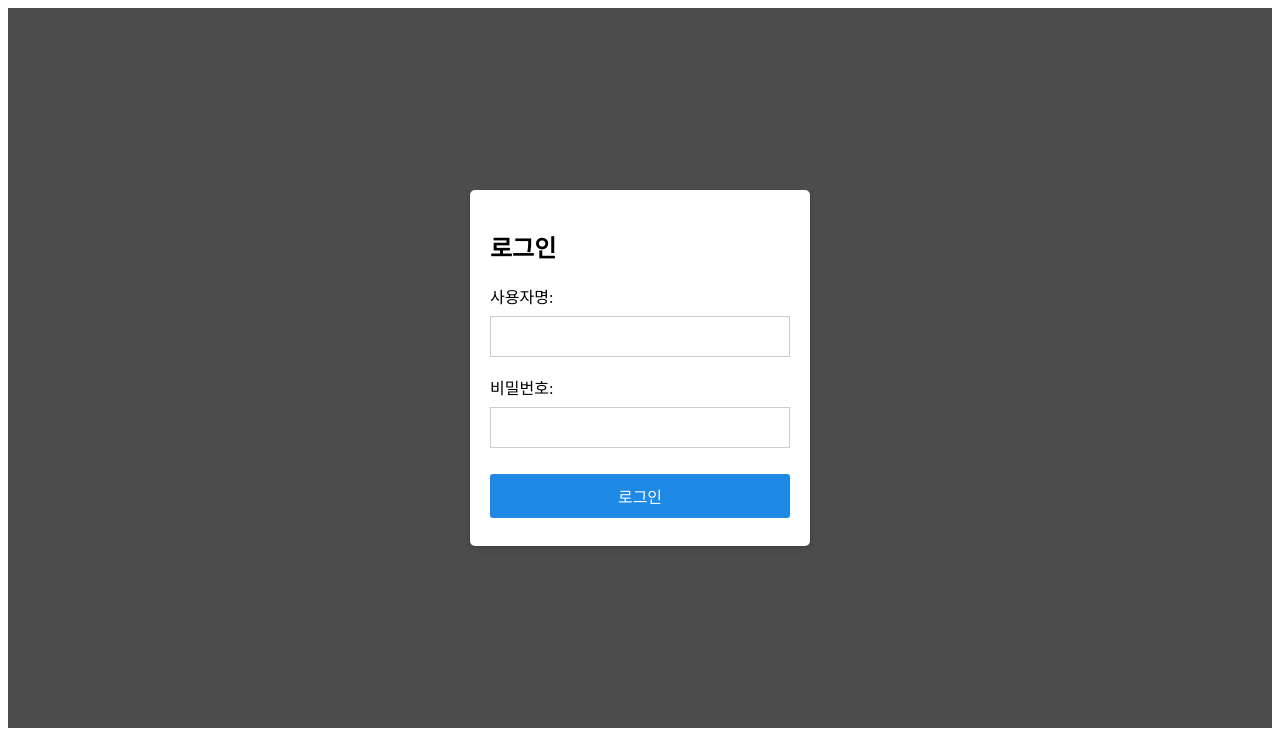
Repository: NewTurn2017/MyChome
Page: index.html
The author's editor kept a copy of each file at every save. The page is drawn from the files as they stood at one save, then again after the next save.
The browser window is 1280 px wide. The pictures show the whole page.
The page's requests for data from a server got no answer.

Above is the page before, as saved 2023-04-17 21:03:11.
Console error: TypeError: Cannot set properties of null (setting 'onclick')

### index.html
<!DOCTYPE html>
<html lang="ko-KR">
  <head>
    <meta charset="UTF-8" />
    <title>나만의 홈페이지</title>
    <link rel="stylesheet" href="style.css" />
  </head>

  <body>
    <div id="mainContent" style="display: none">
      <div id="content">
        <div id="clock"></div>
        <div id="quote"></div>
        <div id="weather"></div>

        <div id="todo">
          <form id="todoForm">
            <input
              type="text"
              id="todoInput"
              placeholder="할 일을 입력하세요"
            />
            <button type="submit" id="addBtn">추가</button>
          </form>
          <ul id="todoList"></ul>
          <button id="saveBtn">저장</button>
          <button id="loadBtn">불러오기</button>
        </div>
      </div>
    </div>
    <div id="loginContainer">
      <div id="loginFormContainer">
        <h2>로그인</h2>
        <form id="loginForm">
          <div class="inputContainer">
            <label for="username">사용자명:</label>
            <input type="text" id="username" />
          </div>
          <div class="inputContainer">
            <label for="password">비밀번호:</label>
            <input type="password" id="password" />
          </div>
          <button type="submit" id="loginBtn">로그인</button>
        </form>
      </div>
    </div>

    <script src="database.js"></script>
    <script src="main.js"></script>
    <script src="clock.js"></script>
    <script src="quote.js"></script>
    <script src="weather.js"></script>
    <script src="todo.js"></script>
  </body>
</html>

### style.css
.modal {
  display: none;
  position: fixed;
  z-index: 1;
  left: 0;
  top: 0;
  width: 100%;
  height: 100%;
  background-color: rgba(0, 0, 0, 0.6);
}

.modal-content {
  background-color: white;
  margin: 15% auto;
  padding: 20px;
  border: 1px solid #888;
  width: 50%;
  max-width: 350px;
  text-align: center;
}

.close {
  color: #aaa;
  float: right;
  font-size: 28px;
  font-weight: bold;
}

.close:hover,
.close:focus {
  color: black;
  text-decoration: none;
  cursor: pointer;
}

/* 기존 스타일들 */

/* 로그인 컨테이너 스타일 */
#loginContainer {
  display: flex;
  justify-content: center;
  align-items: center;
  height: 100vh;
  background-color: rgba(0, 0, 0, 0.7);
}

#loginFormContainer {
  background-color: #fff;
  width: 300px;
  padding: 20px;
  border-radius: 5px;
  box-shadow: 0 4px 6px rgba(0, 0, 0, 0.1), 0 1px 3px rgba(0, 0, 0, 0.08);
}

h2 {
  margin-bottom: 20px;
}

.inputContainer {
  display: flex;
  flex-direction: column;
  margin-bottom: 10px;
}

input[type='text'],
input[type='password'] {
  width: 100%;
  padding: 12px 20px;
  margin: 8px 0;
  display: inline-block;
  border: 1px solid #ccc;
  box-sizing: border-box;
}

button[type='submit'] {
  background-color: #4caf50;
  color: white;
  padding: 14px 20px;
  margin: 8px 0;
  width: 100%;
  border: none;
  cursor: pointer;
}
button#loginBtn {
  width: 100%;
  padding: 10px;
  font-size: 16px;
  background-color: #1e88e5;
  color: #fff;
  border: none;
  border-radius: 3px;
  cursor: pointer;
}

#loginBtn:hover {
  opacity: 0.8;
}

### database.js
const users = [
  {
    username: 'admin',
    password: '1234',
  },
  {
    username: 'user',
    password: '5678',
  },
]

function validateUser(username, password) {
  const user = users.find(
    (user) => user.username === username && user.password === password
  )

  return user ? true : false
}

### main.js
// 로그인 폼 열기
const loginModal = document.getElementById('loginModal')
const loginBtn = document.getElementById('loginBtn')
const closeBtn = document.querySelector('.close')

loginBtn.onclick = function () {
  loginModal.style.display = 'block'
}

// 로그인 폼 닫기
closeBtn.onclick = function () {
  loginModal.style.display = 'none'
}

// 로그인 폼 전송
const loginForm = document.getElementById('loginForm')

loginForm.addEventListener('submit', function (event) {
  event.preventDefault() // 폼 기본 동작 중단

  // 입력된 아이디와 비밀번호 가져오기
  const username = loginForm.username.value
  const password = loginForm.password.value

  // 아이디와 비밀번호 검증
  if (validateUser(username, password)) {
    alert('로그인되었습니다.')
    loginModal.style.display = 'none'
    // 로그인 성공 시 mainContent div를 표시함
    document.getElementById('mainContent').style.display = 'block'
  } else {
    alert('아이디 또는 비밀번호가 올바르지 않습니다.')
  }
})

### clock.js
// 시계 출력 함수
function showClock() {
  const now = new Date() // 현재 시간을 가져옴
  const hour = now.getHours() // 시간을 가져옴
  const minute = now.getMinutes() // 분을 가져옴
  const second = now.getSeconds() // 초를 가져옴

  const clock = document.getElementById('clock')
  clock.textContent = `${hour < 10 ? '0' + hour : hour}:${
    minute < 10 ? '0' + minute : minute
  }:${second < 10 ? '0' + second : second}`

  // 1초마다 showClock 함수를 호출하여 시간을 업데이트 함
  setTimeout(showClock, 1000)
}

// showClock 함수를 최초로 호출하여 화면에 시계를 표시함
showClock()

### quote.js
// 명언 출력 함수
async function showQuote() {
  const response = await fetch('https://quotes.rest/qod') // 명언을 가져옴
  const data = await response.json()
  const quote = data.contents.quotes[0].quote
  const author = data.contents.quotes[0].author

  const quoteElem = document.getElementById('quote')
  quoteElem.innerHTML = `<p>${quote}</p><p>- ${author}</p>`

  // 30초마다 showQuote 함수를 호출하여 명언을 업데이트 함
  setTimeout(showQuote, 30000)
}

// showQuote 함수를 최초로 호출하여 화면에 명언을 표시함
showQuote()

### todo.js
// Todo List 출력 함수
function showTodoList() {
  const todoList = JSON.parse(localStorage.getItem('todoList')) || [] // 로컬 스토리지에서 Todo List를 가져옴

  const todoListElem = document.getElementById('todoList')
  todoListElem.innerHTML = ''

  todoList.forEach((todo, index) => {
    const li = document.createElement('li')
    li.innerHTML = `
        <input type="text" value="${todo}" data-index="${index}">
        <button class="deleteBtn" data-index="${index}">삭제</button>
      `
    todoListElem.appendChild(li)
  })

  // 삭제 버튼 클릭 이벤트 핸들러 등록
  const deleteBtns = document.querySelectorAll('.deleteBtn')
  deleteBtns.forEach((btn) => {
    btn.onclick = function () {
      const index = this.dataset.index
      todoList.splice(index, 1)
      showTodoList()
    }
  })
}

// Todo List 추가 함수
function addTodoList() {
  const todoInput = document.getElementById('todoInput')
  const todoList = JSON.parse(localStorage.getItem('todoList')) || [] // 로컬 스토리지에서 Todo List를 가져옴
  todoList.push(todoInput.value) // 새로운 할 일을 추가함
  localStorage.setItem('todoList', JSON.stringify(todoList)) // 로컬 스토리지에 Todo List를 저장함
  todoInput.value = '' // 입력 필드를 초기화함
  showTodoList()
}

// Todo List 수정 함수
function modifyTodoList(index, value) {
  const oldTodoList = JSON.parse(localStorage.getItem('todoList')) || [] // 로컬 스토리지에서 Todo List를 가져옴
  oldTodoList[index] = value // 할 일을 수정함
  localStorage.setItem('todoList', JSON.stringify(oldTodoList)) // 로컬 스토리지에 Todo List를 저장함
  showTodoList()
}

// Todo List 저장 함수
function saveTodoList() {
  const todoList = JSON.parse(localStorage.getItem('todoList')) || [] // 로컬 스토리지에서 Todo List를 가져옴
  const filename = 'todolist.json'
  const blob = new Blob([JSON.stringify(todoList)], {
    type: 'application/json',
  })
  const url = URL.createObjectURL(blob)
  const a = document.createElement('a')
  a.href = url
  a.download = filename
  a.click()
}
// Todo List 불러오기 함수
async function loadTodoList() {
  const input = document.createElement('input')
  input.type = 'file'
  input.accept = 'application/json'
  input.onchange = async function () {
    const file = input.files[0]
    const reader = new FileReader()
    reader.readAsText(file)
    reader.onloadend = async function () {
      if (reader.result) {
        const newTodoList = JSON.parse(reader.result)
        localStorage.setItem('todoList', JSON.stringify(newTodoList)) // 로컬 스토리지에 Todo List를 저장함
        showTodoList()
      }
    }
  }
  input.click()
}

// Todo List Form submit 이벤트 핸들러 등록
const todoForm = document.getElementById('todoForm')
todoForm.onsubmit = function (event) {
  event.preventDefault() // 기본 동작을 막음
  addTodoList()
}

// 저장 버튼 click 이벤트 핸들러 등록
const saveBtn = document.getElementById('saveBtn')
saveBtn.onclick = function () {
  saveTodoList()
}

// 불러오기 버튼 click 이벤트 핸들러 등록
const loadBtn = document.getElementById('loadBtn')
loadBtn.onclick = async function () {
  await loadTodoList()
}

// showTodoList 함수를 최초로 호출하여 화면에 Todo List를 표시함
showTodoList()

Loaded but not shown: weather.js (no copy from this time; the picture is the same without it)

After the next save:
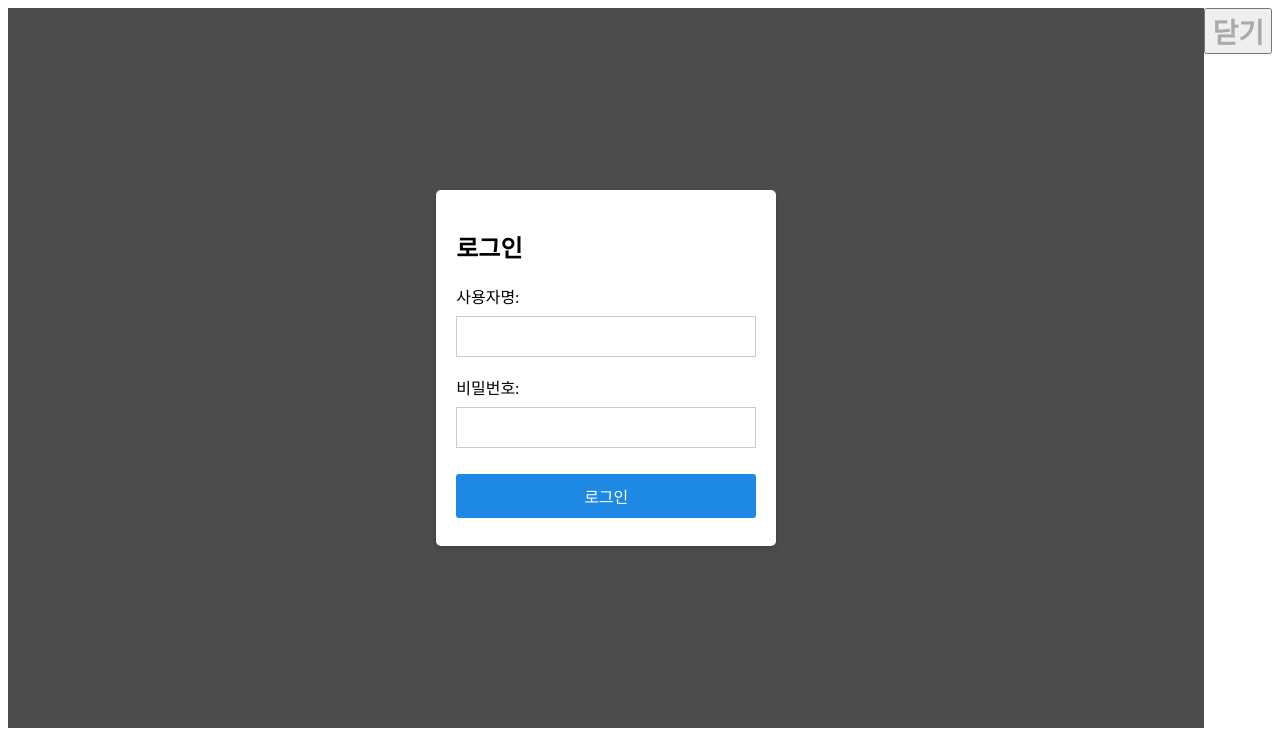
The error is gone.
Saved 113 s later.
--- a/index.html
+++ b/index.html
@@ -28,6 +28,7 @@
         </div>
       </div>
     </div>
+    <button class="close">닫기</button>
     <div id="loginContainer">
       <div id="loginFormContainer">
         <h2>로그인</h2>
